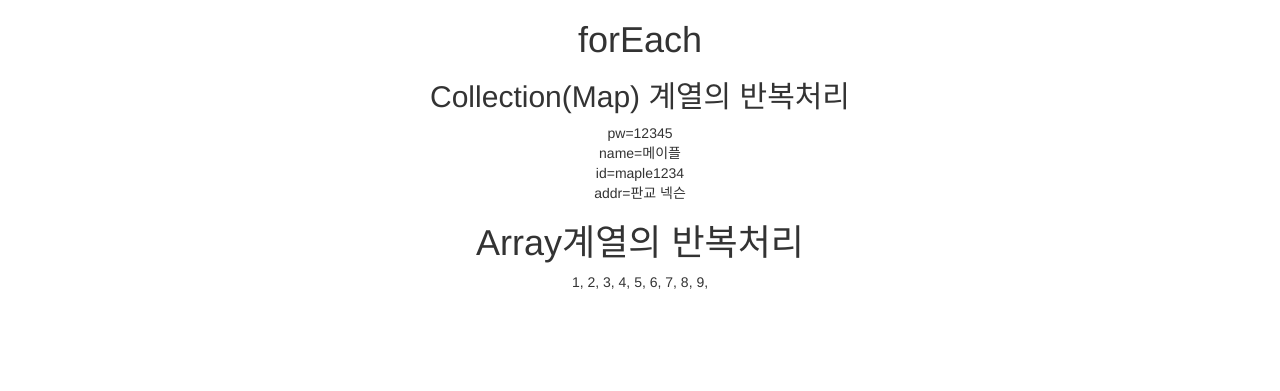
Repository: juhee1020/studying
Page: http://localhost/jsp01_basic/jsp10_jstl/jsp04_foreach.jsp
The author's editor kept a copy of each file at every save. The page is drawn from the files as they stood at one save, then again after the next save.
The browser window is 1280 px wide. The pictures show the whole page.
The page is served by Tomcat 9.

Above is the page before, as saved 2022-12-14 02:17:53.

After the next save:
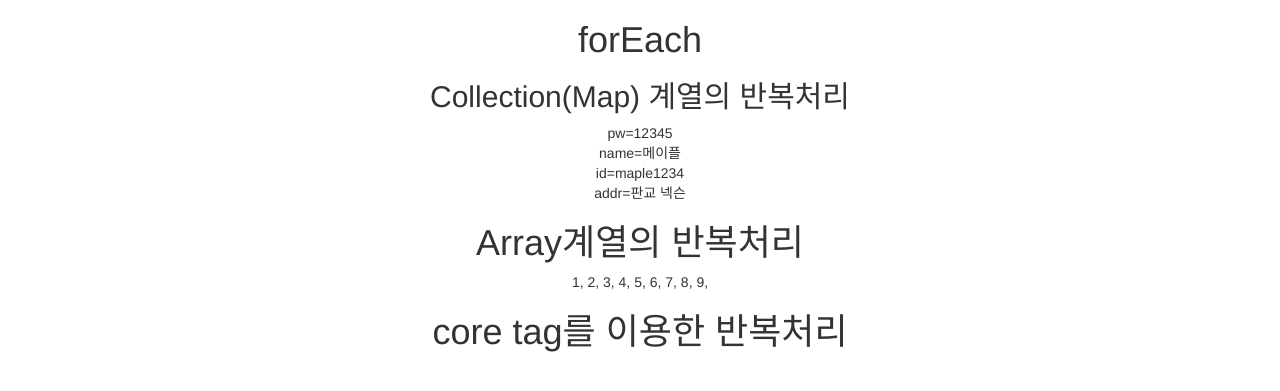
Saved 30 s later.
--- a/JSP/jsp01_basic/WebContent/jsp10_jstl/jsp04_foreach.jsp
+++ b/JSP/jsp01_basic/WebContent/jsp10_jstl/jsp04_foreach.jsp
@@ -33,6 +33,8 @@
 		<c:forEach var="i" items="${arrays}">
 			${i},
 		</c:forEach>
+
+		<h1>core tag를 이용한 반복처리</h1>
 	</div>
 </body>
 </html>
